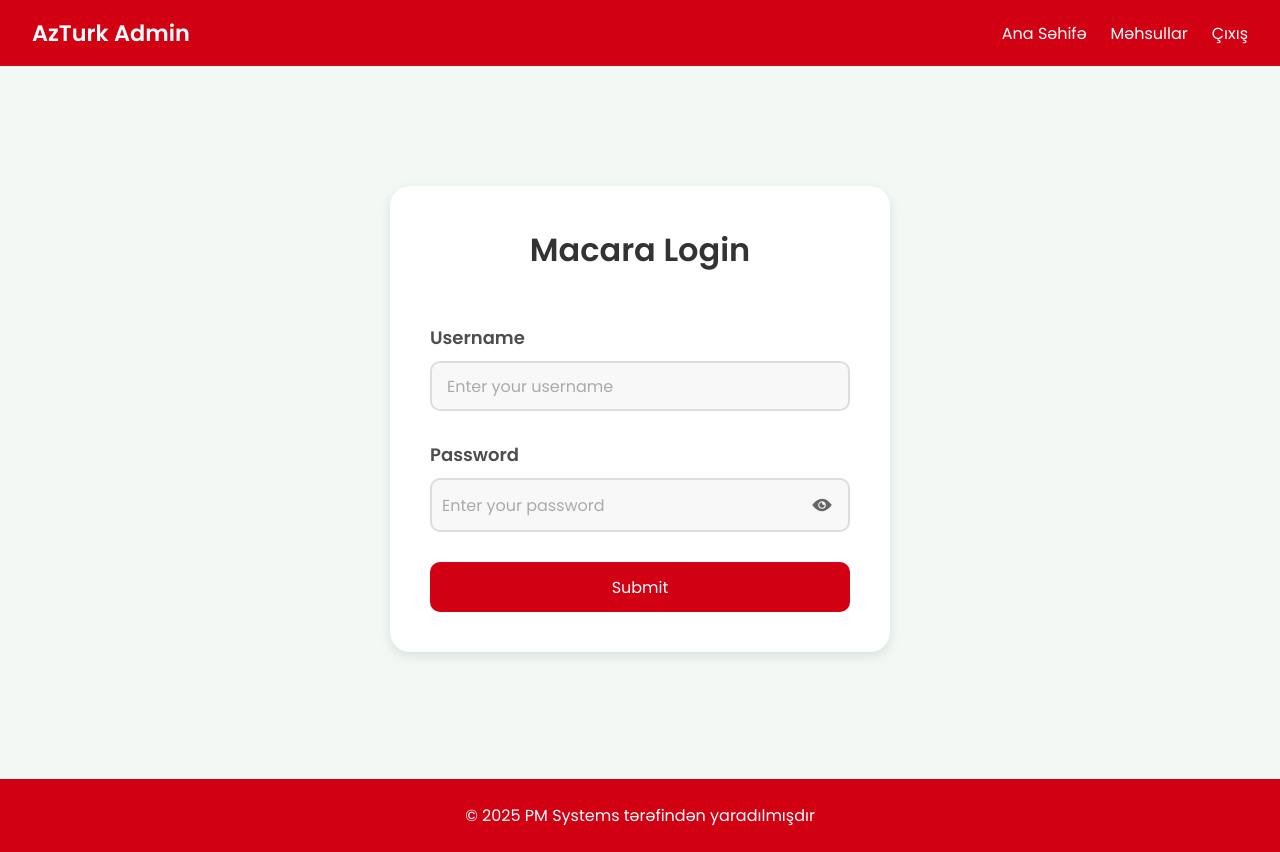
Repository: pmsystemsdevteam/AzTurkPackage-admin
Page: /login (app in admin/)
These files come from the project's save history. The page is drawn as it stood at one moment and after the next save; the edit follows.
The browser window is 1280 px wide. The pictures show the whole page.
The project was rebuilt for these pictures with package versions that can differ from the ones it lists, and the page was loaded fresh each time. Also part of the build but not shown: admin/vite.config.js, admin/src/Pages/HomePage.jsx, admin/src/Pages/SameScssOne/AddPage.jsx, admin/src/Pages/SameScssOne/UpdatePage.jsx, admin/src/Components/DeleteModal/DeleteModal.jsx, admin/src/Pages/SameScssTwo/FoodPage.jsx.

Above is the page before, as saved 2025-07-28 16:30:08.

### admin/index.html
<!doctype html>
<html lang="en">
  <head>
    <meta charset="UTF-8" />
    <link rel="icon" type="image/svg+xml" href="/vite.svg" />
    <meta name="viewport" content="width=device-width, initial-scale=1.0" />
    <link rel="shortcut icon" href="https://icones.pro/wp-content/uploads/2022/07/icones-d-administration-rouge.png" type="image/x-icon">
    <title>AzTurk Admin</title>
  </head>
  <body>
    <div id="root"></div>
    <script type="module" src="/src/main.jsx"></script>
  </body>
</html>

### admin/src/App.jsx
import { BrowserRouter, Route, Routes, Navigate, Outlet } from "react-router-dom";
import "./App.css";
import NotMean from "./Components/NotMean/NotMean";
import Footer from "./Layout/Footer/Footer";
import Navbar from "./Layout/Navbar/Navbar";
import HomePage from "./Pages/HomePage";
import LoginPage from "./Pages/LoginPage";
import AddPage from "./Pages/SameScssOne/AddPage";
import UpdatePage from "./Pages/SameScssOne/UpdatePage";
import FoodPage from "./Pages/SameScssTwo/FoodPage";

const PrivateRoute = () => {
  return localStorage.getItem("access_token") ? <Outlet /> : <Navigate to="/login" replace />;
};

function App() {
  return (
    <BrowserRouter>
      <Navbar />
      <NotMean />
      <Routes>
        <Route path="/login" element={<LoginPage />} />
        <Route element={<PrivateRoute />}>
          <Route path="/dashboard" element={<HomePage />} />
          <Route path="/erzaq" element={<FoodPage />} />
          <Route path="/erzaq/edit/:id" element={<UpdatePage />} />
          <Route path="/erzaq/add" element={<AddPage />} />
        </Route>
      </Routes>
      <Footer />
    </BrowserRouter>
  );
}

export default App;

### admin/src/App.css
* {
  padding: 0;
  margin: 0;
  box-sizing: border-box;
}
::-webkit-scrollbar {
  width: 10px;
  height: 10px;
}

::-webkit-scrollbar-track {
  background: #ffe0d1;
  border-radius: 5px;
}

::-webkit-scrollbar-thumb {
  background: #D10013;
  border-radius: 5px;
  border: 2px solid #ffe0d1;
}

::-webkit-scrollbar-thumb:hover {
  background: #ff5722;
}

* {
  scrollbar-color: #D10013 #ffe0d1;
  scrollbar-width: thin;
}

### admin/src/Components/NotMean/NotMean.jsx
import React from 'react'
import './NotMean.scss'

function NotMean() {
  return (
    <div className="not-mean-container">
      NotMean Səhifəsi
    </div>
  )
}

export default NotMean

### admin/src/Layout/Footer/Footer.jsx
import React from 'react'
import './Footer.scss'

function Footer() {
  const year = new Date().getFullYear();
  return (
    <footer className="footer">
      <p>© {year} PM Systems tərəfindən yaradılmışdır</p>
    </footer>
  )
}

export default Footer

### admin/src/Layout/Navbar/Navbar.jsx
import React, { useState } from "react";
import { Link } from "react-router-dom";
import "./Navbar.scss";

const Navbar = () => {
  const [isOpen, setIsOpen] = useState(false);

  const toggleMenu = () => {
    setIsOpen(!isOpen);
  };

  return (
    <nav className="navbar">
      <div className="logo">
        <Link to="/">AzTurk Admin</Link>
      </div>
      <div className={`nav-links ${isOpen ? "open" : ""}`}>
        <Link to="/" onClick={toggleMenu}>Ana Səhifə</Link>
        <Link to="/erzaq" onClick={toggleMenu}>Məhsullar</Link>

        <Link to="/cixis" onClick={toggleMenu}>Çıxış</Link>
      </div>
      <div className="hamburger" onClick={toggleMenu}>
        {isOpen ? "✕" : "☰"}
      </div>
    </nav>
  );
};

export default Navbar;

### admin/src/Pages/LoginPage.jsx
import React, { useState } from "react";
import "./Main.scss";
import { IoIosEye, IoIosEyeOff } from "react-icons/io";
import axios from "axios";
import { useNavigate } from "react-router-dom";

function LoginPage() {
  const [eye, setEye] = useState(false);
  const [loading, setLoading] = useState(false);
  const [formData, setFormData] = useState({
    username: "",
    password: "",
  });
  const [error, setError] = useState("");
  const navigate = useNavigate();

  const handleEye = () => setEye(!eye);

  const handleChange = (e) => {
    setFormData({ ...formData, [e.target.name]: e.target.value });
    setError("");
  };

  const handleSubmit = async (e) => {
    e.preventDefault();
    setLoading(true);
    setError("");

    try {
      const response = await axios.post("http://192.168.30.73:8000/api/auth/token/", {
        username: formData.username,
        password: formData.password,

      });



      // Assuming the response contains access and refresh tokens
      localStorage.setItem("access_token", response.data.access);
      localStorage.setItem("refresh_token", response.data.refresh);

      // Redirect to a protected route (e.g., dashboard)
      navigate("/dashboard");
    } catch (err) {
      setError(
        err.response?.data?.detail || "Login failed. Please try again."
      );
    } finally {
      setLoading(false);
    }
  };

  return (
    <section id="loginPage">
      <form onSubmit={handleSubmit}>
        <h1>Macara Login</h1>
        {error && <p className="error">{error}</p>}
        <div className="form-group">
          <label>Username</label>
          <input
            type="text"
            name="username"
            placeholder="Enter your username"
            value={formData.username}
            onChange={handleChange}
            required
          />
        </div>
        <div className="form-group">
          <label>Password</label>
          <div className="input-wrapper">
            <input
              type={eye ? "text" : "password"}
              name="password"
              placeholder="Enter your password"
              value={formData.password}
              onChange={handleChange}
              required
            />
            <span className="eye-icon" onClick={handleEye}>
              {eye ? <IoIosEyeOff /> : <IoIosEye />}
            </span>
          </div>
        </div>
        <button type="submit" disabled={loading}>
          {loading ? (
            <img
              src="https://raw.githubusercontent.com/Codelessly/FlutterLoadingGIFs/master/packages/cupertino_activity_indicator_large.gif"
              alt="loading"
            />
          ) : (
            "Submit"
          )}
        </button>
      </form>
    </section>
  );
}

export default LoginPage;

### admin/src/Components/NotMean/NotMean.scss
.not-mean-container {
    font-family: 'Poppins', sans-serif;
    font-size: 1.2rem;
    margin-top: 30px;
    color: #333;
    background: red;
  }

  /* Responsiv dizayn */
  @media (max-width: 768px) {
    .not-mean-container {
      padding: 1rem;
      font-size: 1rem;
    margin-top: 20px;

    }
  }

  @media (max-width: 480px) {
    .not-mean-container {
      font-size: 0.95rem;
    }
  }

### admin/src/Layout/Footer/Footer.scss
@import url('https://fonts.googleapis.com/css2?family=Poppins:wght@400;600&display=swap');

.footer {
  background-color: #D10013; // yeməyə aid narıncı ton
  color: #fff;
  text-align: center;
  padding: 1.5rem 1rem;
  font-family: 'Poppins', sans-serif;
  font-size: 1rem;

  p {
    margin: 0;
    font-weight: 400;
  }

  @media (max-width: 600px) {
    font-size: 0.9rem;
    padding: 1rem;
  }
}

### admin/src/Layout/Navbar/Navbar.scss
@import url("https://fonts.googleapis.com/css2?family=Poppins:wght@400;600&display=swap");

.navbar {
  background-color: #D10013;
  display: flex;
  justify-content: space-between;
  align-items: center;
  padding: 1rem 2rem;
  font-family: "Poppins", sans-serif;
  color: #fff;
  z-index: 2;
  position: fixed;
  top: 0;
  left: 0;
  width: 100%;

  .logo a {
    color: #fff;
    text-decoration: none;
    font-size: 1.4rem;
    font-weight: 600;
  }

  .nav-links {
    display: flex;
    gap: 1.5rem;

    a {
      color: #fff;
      text-decoration: none;
      font-weight: 500;

      &:hover {
        text-decoration: underline;
      }
    }
  }

  .hamburger {
    display: none;
    font-size: 2rem;
    cursor: pointer;
    color: #fff;
    z-index: 1001;
  }

  @media (max-width: 768px) {
    .nav-links {
      position: fixed;
      top: 0;
      right: -100%;
      height: 100vh;
      width: 250px;
      background-color: #D10013;
      flex-direction: column;
      align-items: flex-start;
      padding: 5rem 2rem;
      gap: 1.5rem;
      transition: right 0.3s ease-in-out;
      z-index: 1000;

      a {
        font-size: 1.2rem;
        width: 100%;
      }
    }

    .nav-links.open {
      right: 0;
    }

    .hamburger {
      display: block;
    }

    .logo {
      z-index: 1001;
    }
  }
}

### admin/src/Pages/Main.scss
@import url("https://fonts.googleapis.com/css2?family=Poppins:wght@400;600&display=swap");

.home-container {
  position: relative;
  height: 83vh;
  background-image: url("https://img.freepik.com/premium-photo/mail-boxes-shipping-packaging-background-wallpaper_446063-240.jpg");
  background-size: cover;
  background-position: center;
  background-repeat: no-repeat;
  overflow: hidden;
  font-family: "Poppins", sans-serif;
}

.face {
  position: absolute;
  top: 0;
  left: 0;
  width: 100%;
  height: 100%;
  background: rgba(0, 0, 0, 0.34);
  display: flex;
  flex-direction: column;
  justify-content: center;
  align-items: center;
  text-align: center;
  padding: 2rem;
  color: #fff;
}

.count-text {
  font-size: 1.8rem;
}

.icon-wrapper {
  margin-bottom: 1.5rem;
}

.animated-icon {
  font-size: 4rem;
  color: #D10013;
  animation: pulse 1.5s infinite;
}

/* Animasiya */
@keyframes pulse {
  0% {
    transform: scale(1);
    opacity: 0.8;
  }
  50% {
    transform: scale(1.2);
    opacity: 1;
  }
  100% {
    transform: scale(1);
    opacity: 0.8;
  }
}

/* Responsiv */
@media (max-width: 600px) {
  .count-text {
    font-size: 1.4rem;
  }

  .animated-icon {
    font-size: 3rem;
  }
}

#loginPage {
  height: 100vh;
  display: flex;
  justify-content: center;
  align-items: center;
  background: #f2f9f4; /* Təbii yaşıl və krem qarışığı */
  form {
    background: #ffffff; /* Ağ və açıq rəngli arxa plan */
    padding: 40px;
    border-radius: 20px;
    display: flex;
    flex-direction: column;
    gap: 30px;
    box-shadow: 0 4px 12px rgba(0, 0, 0, 0.1);
    font-family: "Poppins", sans-serif;
    width: 500px;
    @media (max-width: 768px) {
      width: 300px;
    }
    h1 {
      font-size: 32px;
      font-family: "Poppins", sans-serif;

      text-align: center;
      color: #333; /* Başlıq üçün şərq boz */
      margin-bottom: 20px;
    }

    .form-group {
      display: flex;
      flex-direction: column;
      gap: 10px;

      label {
        font-size: 18px;
        font-weight: bold;
        color: #4e4e4e;
      }

      input {
        height: 50px;
        padding: 15px;
        border-radius: 10px;
        border: 2px solid #ddd;
        background: #f8f8f8;
        font-family: "Poppins", sans-serif;

        font-size: 16px;
        color: #333;
        outline: none;

        &:focus {
          border-color: #D10013;
        }
        @media (max-width: 768px) {
          width: 100%;
        }
        &::placeholder {
          color: #aaa; /* Göstərilməyən mətndə təbii rəng */
        }
      }

      .input-wrapper {
        display: flex;
        align-items: center;
        background: #f8f8f8;
        border-radius: 10px;
        padding: 0px 15px 0px 0px;
        border: 2px solid #ddd;

        input {
          flex: 1;
          background: transparent;
          border: none;
          outline: none; /* Input-a fokus olunduqda outline-ı silirik */
          padding: 10px; /* Düzgün görünüş üçün */

        }



        .eye-icon {
          font-size: 22px;
          color: #666;
          cursor: pointer;
          display: flex;
        }
      }

    }

    button {
      height: 50px;
      background-color: #D10013;
      color: white;
      font-size: 16px;
      font-family: "Poppins", sans-serif;

      border: none;
      border-radius: 10px;
      cursor: pointer;
      transition: background 0.3s ease;

      &:hover {
        background-color: #ff5722;
      }

      img {
        width: 40px;
        height: auto;
      }
    }

    @media (max-width: 757px) {
      width: 90%;
      padding: 30px 20px;

      .form-group {
        width: 100%;
      }
    }
  }
}

### admin/src/Components/DeleteModal/DeleteModal.scss
@import url("https://fonts.googleapis.com/css2?family=Poppins:wght@400;600&display=swap");

.modal-overlay {
  position: fixed;
  top: 0;
  left: 0;
  width: 100%;
  height: 100%;
  background: rgba(0, 0, 0, 0.4); // arxa görünən hissə
  display: flex;
  justify-content: center;
  align-items: center;
  z-index: 1000;
  animation: fadeIn 0.3s ease-in-out;
}

.modal-box {
  background: white;
  padding: 2rem;
  border-radius: 12px;
  box-shadow: 0 10px 20px rgba(0, 0, 0, 0.2);
  text-align: center;
  font-family: 'Poppins', sans-serif;
  max-width: 400px;
  width: 90%;
  position: relative;
  animation: slideIn 0.3s ease-in-out;
}

.modal-box h3 {
  margin-bottom: 1.5rem;
  color: #333;
  font-weight: 600;
}

.modal-buttons {
  display: flex;
  justify-content: center;
  gap: 1rem;
}

.delete-btn {
  background-color: #f44336;
  color: white;
  border: none;
  padding: 0.6rem 1.2rem;
  border-radius: 6px;
  cursor: pointer;
  font-weight: 500;
}

.cancel-btn {
  background-color: #eee;
  color: #333;
  border: none;
  padding: 0.6rem 1.2rem;
  border-radius: 6px;
  cursor: pointer;
  font-weight: 500;
}

.close-button {
  position: absolute;
  top: 8px;
  right: 12px;
  font-size: 1.5rem;
  border: none;
  background: none;
  cursor: pointer;
  color: #888;
}

@keyframes fadeIn {
  from {
    opacity: 0;
  }
  to {
    opacity: 1;
  }
}

@keyframes slideIn {
  from {
    transform: translateY(-20px);
    opacity: 0.3;
  }
  to {
    transform: translateY(0);
    opacity: 1;
  }
}

Loaded but not shown: admin/src/main.jsx (common file); admin/src/Pages/SameScssTwo/FoodPage.scss (342 lines, source omitted); admin/src/Pages/SameScssOne/UpdatePage.scss (244 lines, source omitted); admin/src/index.css (no stored copy; drawn as an empty file)

After the next save:
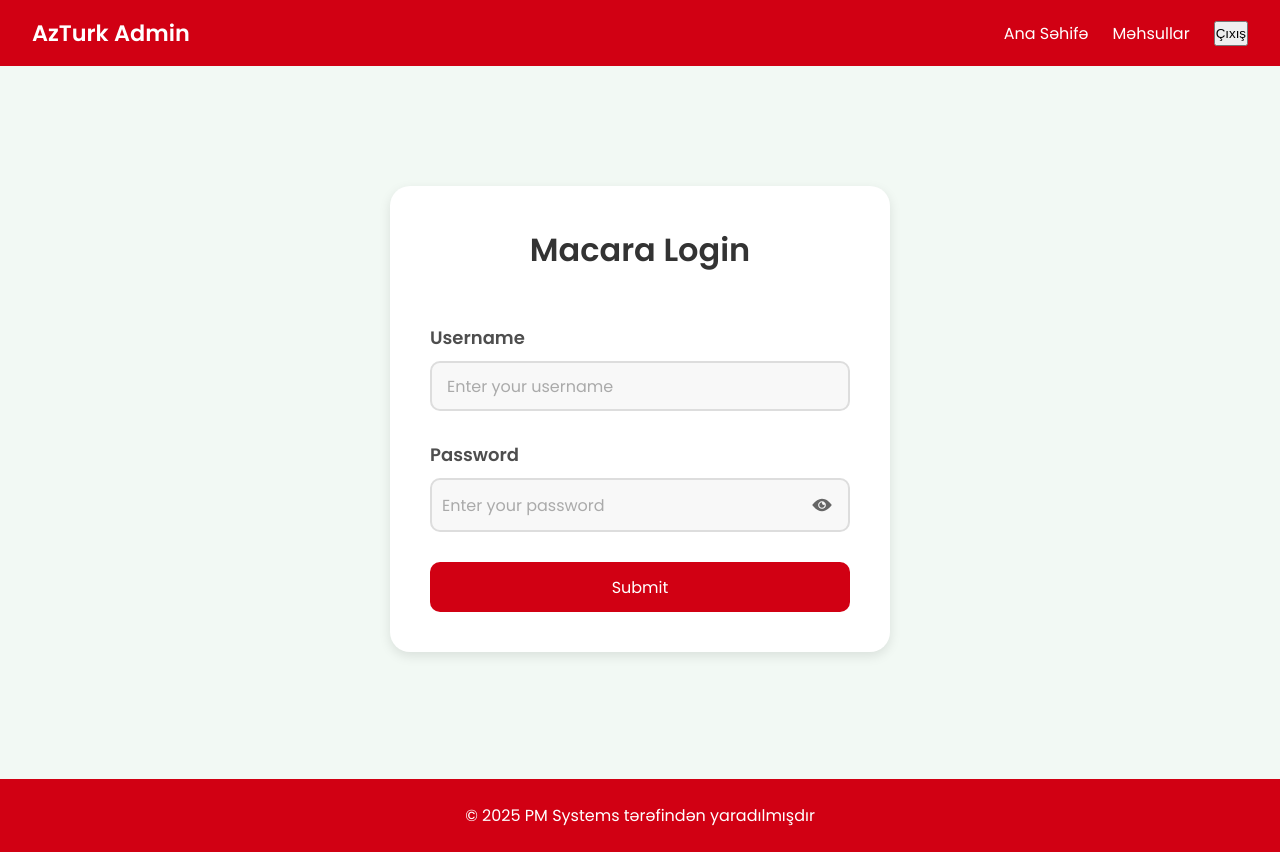
Saved 2 min 41 s later.
--- a/admin/src/Layout/Navbar/Navbar.jsx
+++ b/admin/src/Layout/Navbar/Navbar.jsx
@@ -1,12 +1,23 @@
 import React, { useState } from "react";
-import { Link } from "react-router-dom";
+import { Link, useNavigate } from "react-router-dom";
 import "./Navbar.scss";
 
 const Navbar = () => {
   const [isOpen, setIsOpen] = useState(false);
+  const navigate = useNavigate();
 
   const toggleMenu = () => {
     setIsOpen(!isOpen);
+  };
+
+  const handleLogout = () => {
+    // Clear tokens from localStorage
+    localStorage.removeItem("access_token");
+    localStorage.removeItem("refresh_token");
+    // Close the mobile menu if open
+    setIsOpen(false);
+    // Redirect to login page
+    navigate("/login");
   };
 
   return (
@@ -17,8 +28,7 @@
       <div className={`nav-links ${isOpen ? "open" : ""}`}>
         <Link to="/" onClick={toggleMenu}>Ana Səhifə</Link>
         <Link to="/erzaq" onClick={toggleMenu}>Məhsullar</Link>
-
-        <Link to="/cixis" onClick={toggleMenu}>Çıxış</Link>
+        <button onClick={handleLogout}>Çıxış</button>
       </div>
       <div className="hamburger" onClick={toggleMenu}>
         {isOpen ? "✕" : "☰"}

After the 4 saves that followed:
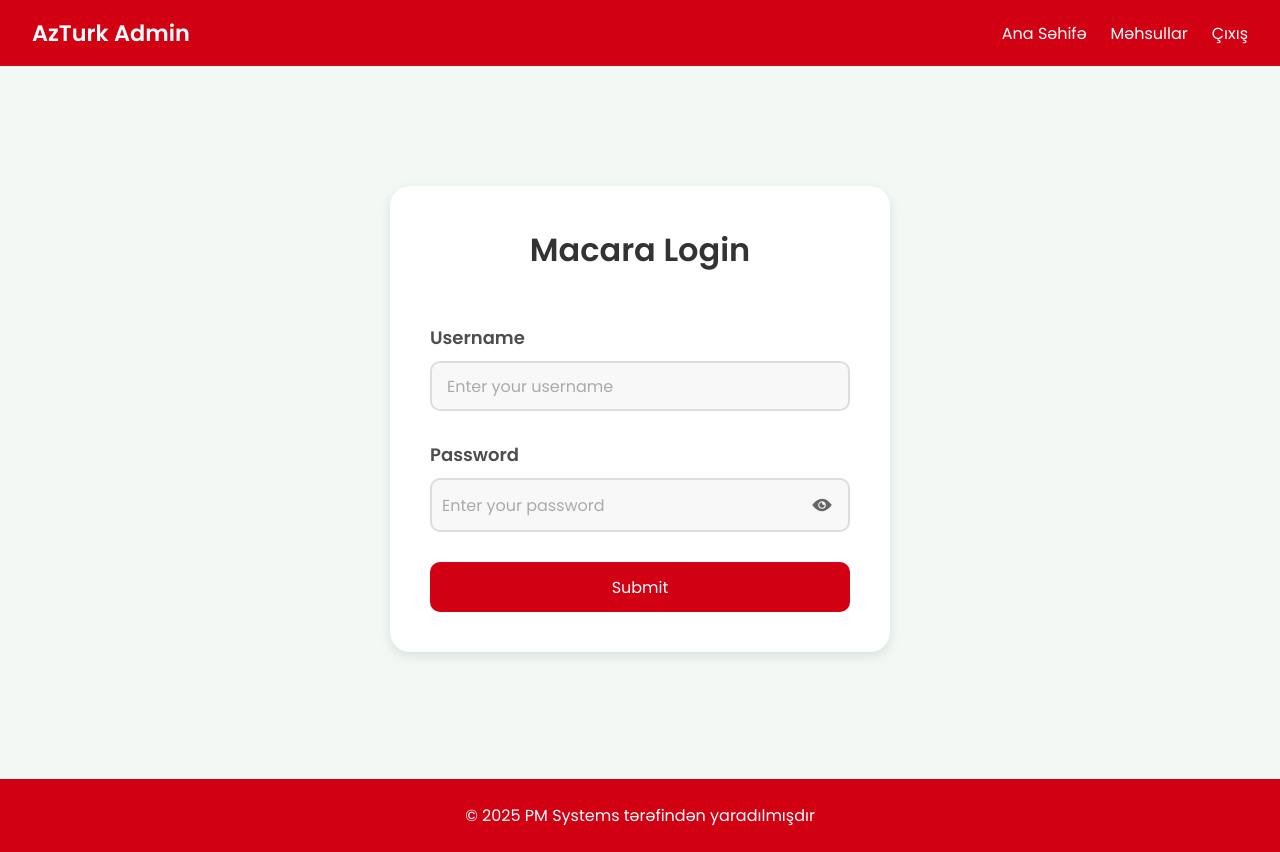
The 4 saves are shown as one change because 2 left the picture as it was and some came seconds apart.
The last was saved 4 min 24 s later.
--- a/admin/src/Layout/Navbar/Navbar.jsx
+++ b/admin/src/Layout/Navbar/Navbar.jsx
@@ -11,12 +11,9 @@
   };
 
   const handleLogout = () => {
-    // Clear tokens from localStorage
     localStorage.removeItem("access_token");
     localStorage.removeItem("refresh_token");
-    // Close the mobile menu if open
     setIsOpen(false);
-    // Redirect to login page
     navigate("/login");
   };
 
@@ -28,7 +25,7 @@
       <div className={`nav-links ${isOpen ? "open" : ""}`}>
         <Link to="/" onClick={toggleMenu}>Ana Səhifə</Link>
         <Link to="/erzaq" onClick={toggleMenu}>Məhsullar</Link>
-        <button onClick={handleLogout}>Çıxış</button>
+        <button className="logout-button" onClick={handleLogout}>Çıxış</button>
       </div>
       <div className="hamburger" onClick={toggleMenu}>
         {isOpen ? "✕" : "☰"}
--- a/admin/src/Layout/Navbar/Navbar.scss
+++ b/admin/src/Layout/Navbar/Navbar.scss
@@ -25,10 +25,16 @@
     display: flex;
     gap: 1.5rem;
 
-    a {
+    a, .logout-button {
       color: #fff;
       text-decoration: none;
       font-weight: 500;
+      background: none;
+      border: none;
+      font-size: inherit;
+      font-family: inherit;
+      cursor: pointer;
+      padding: 0;
 
       &:hover {
         text-decoration: underline;
@@ -59,7 +65,7 @@
       transition: right 0.3s ease-in-out;
       z-index: 1000;
 
-      a {
+      a, .logout-button {
         font-size: 1.2rem;
         width: 100%;
       }
